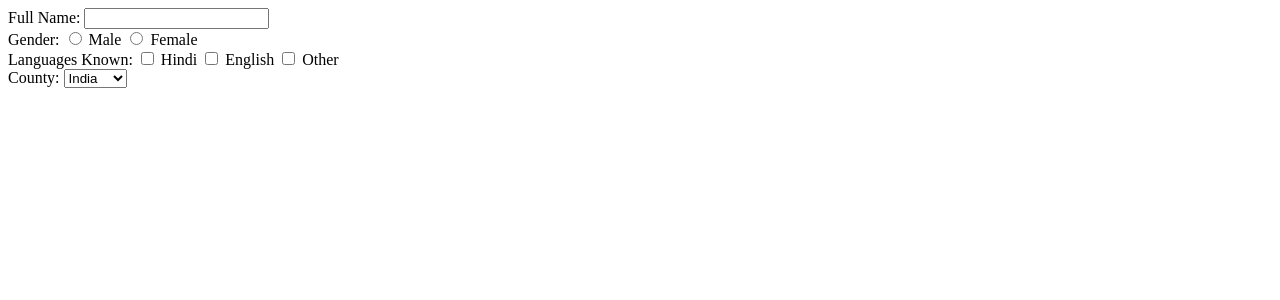
Repository: Maxx1432/Eclipse-Work
Page: http://localhost/s02l04_Forms_under_servlet/WEB-INF/form.jsp
The author's editor kept a copy of each file at every save. The page is drawn from the files as they stood at one save, then again after the next save.
The browser window is 1280 px wide. The pictures show the whole page.
The page is served by Tomcat 9. Nobody is signed in. The template is opened directly, without the code that normally fills it, so the values that code supplies are empty.

Above is the page before, as saved 2023-02-17 02:36:33.

### s02l04 Forms under servlet/src/main/webapp/WEB-INF/form.jsp
<%@ page language="java" contentType="text/html; charset=ISO-8859-1"
    pageEncoding="ISO-8859-1"%>
<!DOCTYPE html>
<html>
<head>
<meta charset="ISO-8859-1">
<title>Form Demo</title>
</head>
<body>
<form action="submit.jsp" method="get">
Full Name: <input type="text" name="full_name"><br/>
Gender: <input type="radio" name="gender" value="male"> Male
		<input type="radio" name="gender" value="female"> Female
		<br/>
Languages Known: <input type="checkbox" name="language" value="hindi"> Hindi
				 <input type="checkbox" name="language" value="english"> English
				 <input type="checkbox" name="language" value="other"> Other
				 <br/>
County: <select name="country">
		<option value="india"> India </option>
		<option value="russia"> Russia </option>
		<option value="us"> US </option>
		<option value="uk"> UK </option>
</select>
<br/>

</form>
</body>
</html>

After the next save:
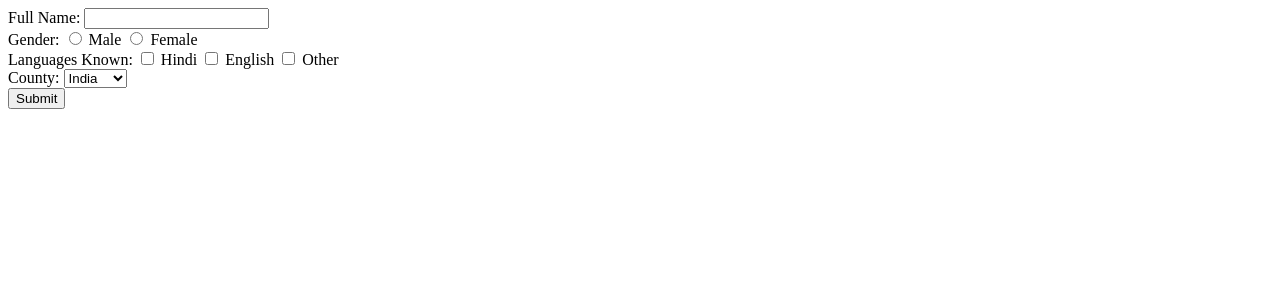
Saved 58 s later.
--- a/s02l04 Forms under servlet/src/main/webapp/WEB-INF/form.jsp
+++ b/s02l04 Forms under servlet/src/main/webapp/WEB-INF/form.jsp
@@ -23,7 +23,7 @@ County: <select name="country">
 		<option value="uk"> UK </option>
 </select>
 <br/>
-
+<input type="submit" value="Submit">
 </form>
 </body>
 </html>
